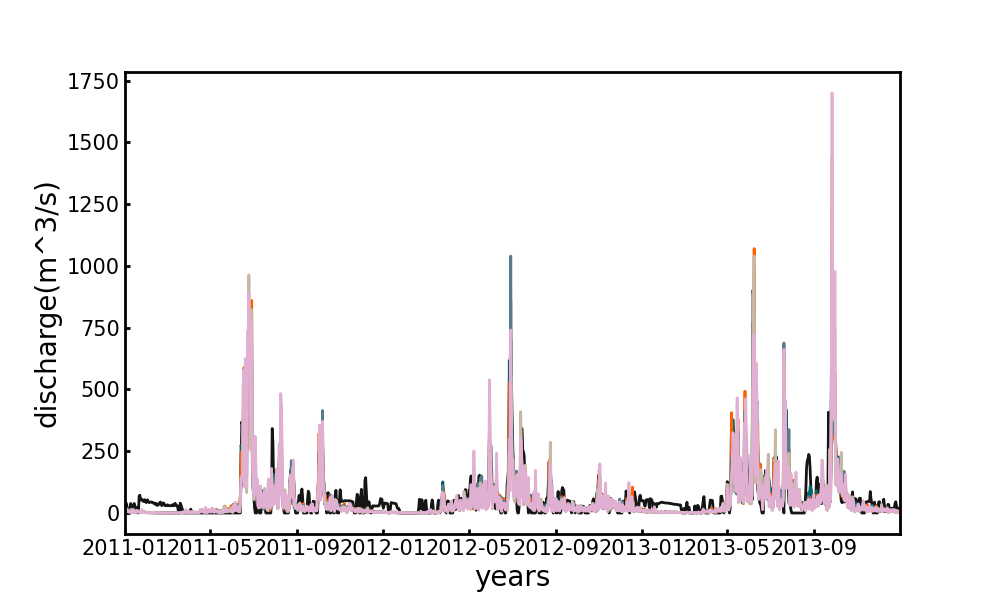
Repository: smasky/swatUtil
Script's output: python draw_jz.py
The author's editor kept a copy of each file at every save. The script's output is drawn from the files as they stood at one save, then again after the next save.
Random numbers start from a fixed seed.

Above is the script's output before, as saved 2024-05-19 15:38:25.

### draw_jz.py
import re
import os
import itertools
import pandas as pd
import numpy as np
import matplotlib.pyplot as plt
from datetime import datetime

data=np.loadtxt('./jz.txt', dtype=np.float32)
dates = pd.date_range(start='2011-1-1', end='2013-12-31')
# 创建图形
plt.figure(figsize=(10,6))

# 修改线条颜色为蓝色，线条样式为虚线，线条宽度为2
plt.plot(dates, data[:,0], color='#151515', linewidth=2)
plt.plot(dates, data[:,1], color='#FF7F3E',linewidth=2)
plt.plot(dates, data[:,2],  color='#006769',linewidth=2)
plt.plot(dates, data[:,3],  color='#FF5F00',linewidth=2)
plt.plot(dates, data[:,4], color='#577B8D',linewidth=2)
plt.plot(dates, data[:,5], color='#C7B7A3', linewidth=2)
plt.plot(dates, data[:,6], color='#E1AFD1',linewidth=2)
interval = 2
# plt.scatter(dates[::interval], data[::interval], color='#FC4100', zorder=5, s=15)
# 添加网格
# plt.grid(True)

# 设置标题和标签，修改字体大小和颜色
plt.xlabel('years', fontsize=20)
plt.ylabel('discharge(m^3/s)', fontsize=20)
# 加粗边框
ax = plt.gca()
ax.spines['top'].set_linewidth(2)
ax.spines['bottom'].set_linewidth(2)
ax.spines['left'].set_linewidth(2)
ax.spines['right'].set_linewidth(2)
ax.tick_params(axis='both', which='major', direction='in', width=2, labelsize=15)
# 显示图形
start = datetime.strptime('2011-1-1', '%Y-%m-%d')
end = datetime.strptime('2013-12-31', '%Y-%m-%d')
plt.xlim(start, end)

plt.show()

Loaded but not shown: jz.txt (1096 lines, source omitted)

After the next save:
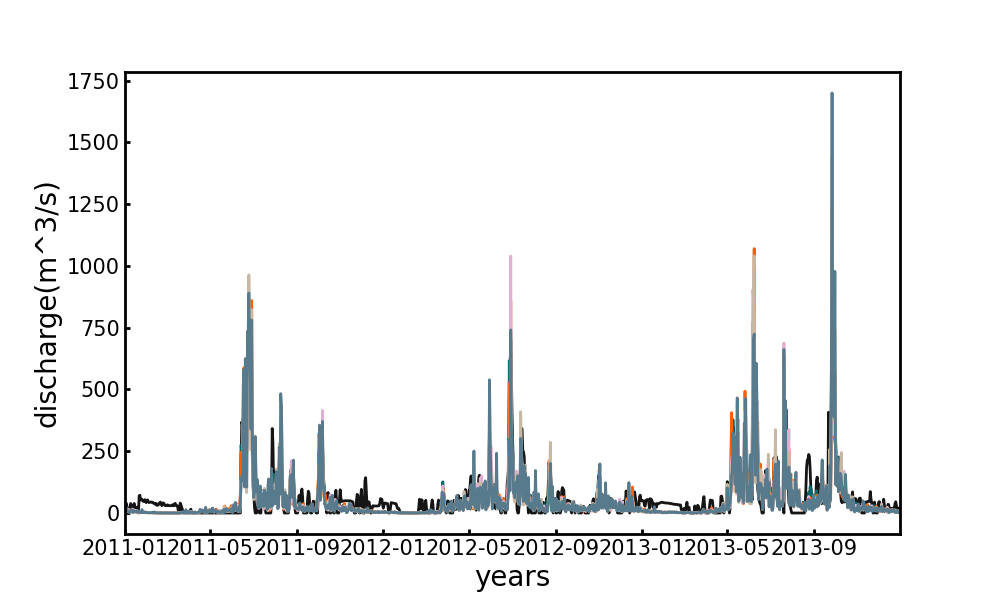
Saved 37 s later.
--- a/draw_jz.py
+++ b/draw_jz.py
@@ -16,9 +16,9 @@ plt.plot(dates, data[:,0], color='#151515', linewidth=2)
 plt.plot(dates, data[:,1], color='#FF7F3E',linewidth=2)
 plt.plot(dates, data[:,2],  color='#006769',linewidth=2)
 plt.plot(dates, data[:,3],  color='#FF5F00',linewidth=2)
-plt.plot(dates, data[:,4], color='#577B8D',linewidth=2)
+plt.plot(dates, data[:,4], color='#E1AFD1',linewidth=2)
 plt.plot(dates, data[:,5], color='#C7B7A3', linewidth=2)
-plt.plot(dates, data[:,6], color='#E1AFD1',linewidth=2)
+plt.plot(dates, data[:,6], color='#577B8D',linewidth=2)
 interval = 2
 # plt.scatter(dates[::interval], data[::interval], color='#FC4100', zorder=5, s=15)
 # 添加网格
